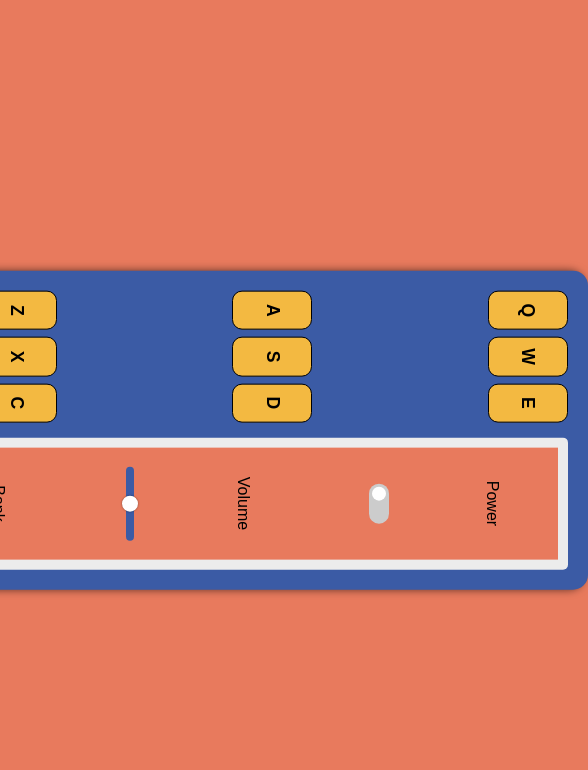
Repository: alfredoleano/drum-machine
Page: /
These files come from the project's save history. The page is drawn as it stood at one moment and after the next save; the edit follows.
The browser window is 375 px wide. The page is 588 px wide, then 375 px, so the pictures cover 588 px, including what lies to the right of the window. The pictures show the whole page.
The project was rebuilt for these pictures with package versions that can differ from the ones it lists, and the page was loaded fresh each time.

Above is the page before, as saved 2024-06-14 13:15:57.

After the next save:
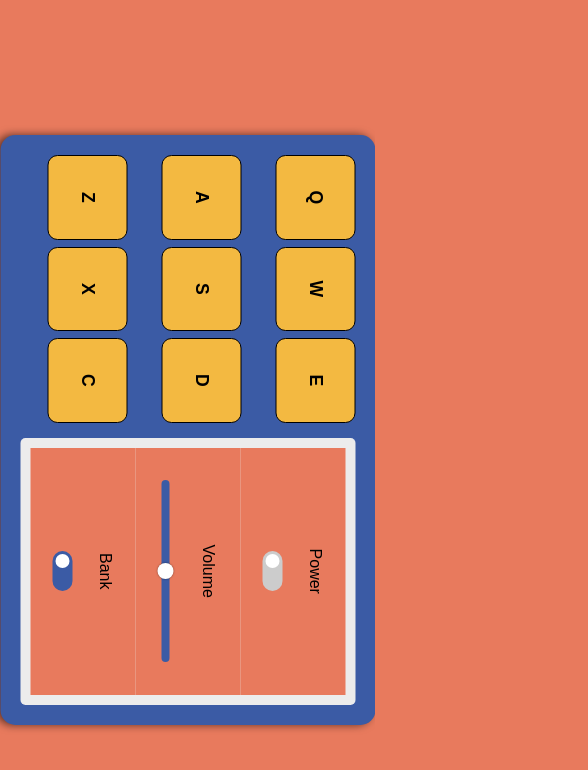
Saved 17 s later.
--- a/src/styles.scss
+++ b/src/styles.scss
@@ -272,8 +272,8 @@ input[type="range"]::-ms-track {
 
   #display {
     position: absolute;
-    width: 85vw;
-    height: 100vh;
+    width: 85vh;
+    height: 100vw;
     transform: rotate(90deg);
     transform-origin: center center;
     left: 50%; /* Centers the element horizontally */
